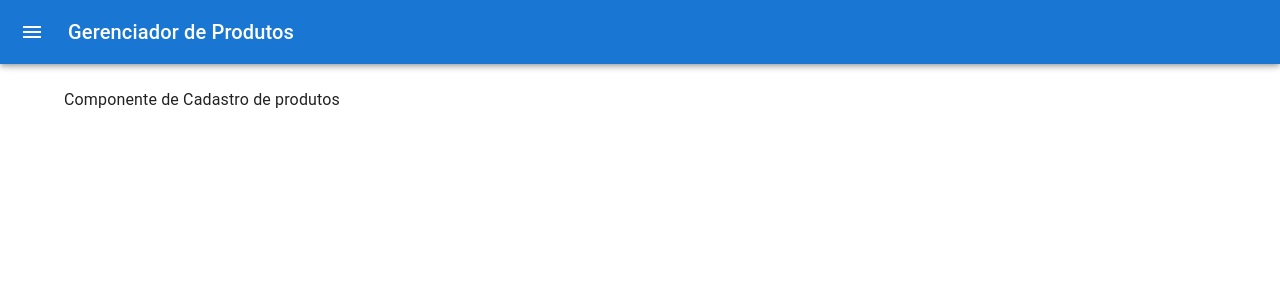
Repository: KennedyWanderson/crud-web
Page: /
The author's editor kept a copy of each file at every save. The page is drawn from the files as they stood at one save, then again after a run of saves.
The browser window is 1280 px wide. The pictures show the whole page.
The project was rebuilt for these pictures with package versions that can differ from the ones it lists, and the page was loaded fresh each time. Also part of the build but not shown: src/Components/ProductList.js, src/Components/CategoryRegister.js, src/Components/CategotyList.js.

Above is the page before, as saved 2023-11-15 15:51:16.

### src/App.js

import React, { useState } from 'react';
import Menu from "./Components/Menu";

function App() {




  return (
    <div>
      <Menu />
    </div>
  );
}

export default App;

### src/Components/Menu.js
import * as React from 'react';
import { styled, useTheme } from '@mui/material/styles';
import Box from '@mui/material/Box';
import Drawer from '@mui/material/Drawer';
import CssBaseline from '@mui/material/CssBaseline';
import MuiAppBar from '@mui/material/AppBar';
import Toolbar from '@mui/material/Toolbar';
import List from '@mui/material/List';
import Typography from '@mui/material/Typography';
import Divider from '@mui/material/Divider';
import IconButton from '@mui/material/IconButton';
import MenuIcon from '@mui/icons-material/Menu';
import ChevronLeftIcon from '@mui/icons-material/ChevronLeft';
import ChevronRightIcon from '@mui/icons-material/ChevronRight';
import ListItem from '@mui/material/ListItem';
import ListItemButton from '@mui/material/ListItemButton';
import ListItemIcon from '@mui/material/ListItemIcon';
import ListItemText from '@mui/material/ListItemText';
import InboxIcon from '@mui/icons-material/MoveToInbox';
// eslint-disable-next-line
import MailIcon from '@mui/icons-material/Mail';
import ProductRegister from "./ProductRegister"
import ProductList from "./ProductList"
import CategoryRegister from "./CategoryRegister"
import CategotyList from "./CategotyList"
import { Container } from "@mui/material";
import { useState } from 'react';


const drawerWidth = 240;

const Main = styled('main', { shouldForwardProp: (prop) => prop !== 'open' })(
    ({ theme, open }) => ({
        flexGrow: 1,
        padding: theme.spacing(3),
        transition: theme.transitions.create('margin', {
            easing: theme.transitions.easing.sharp,
            duration: theme.transitions.duration.leavingScreen,
        }),
        marginLeft: `-${drawerWidth}px`,
        ...(open && {
            transition: theme.transitions.create('margin', {
                easing: theme.transitions.easing.easeOut,
                duration: theme.transitions.duration.enteringScreen,
            }),
            marginLeft: 0,
        }),
    }),
);

const AppBar = styled(MuiAppBar, {
    shouldForwardProp: (prop) => prop !== 'open',
})(({ theme, open }) => ({
    transition: theme.transitions.create(['margin', 'width'], {
        easing: theme.transitions.easing.sharp,
        duration: theme.transitions.duration.leavingScreen,
    }),
    ...(open && {
        width: `calc(100% - ${drawerWidth}px)`,
        marginLeft: `${drawerWidth}px`,
        transition: theme.transitions.create(['margin', 'width'], {
            easing: theme.transitions.easing.easeOut,
            duration: theme.transitions.duration.enteringScreen,
        }),
    }),
}));

const DrawerHeader = styled('div')(({ theme }) => ({
    display: 'flex',
    alignItems: 'center',
    padding: theme.spacing(0, 1),
    // necessary for content to be below app bar
    ...theme.mixins.toolbar,
    justifyContent: 'flex-end',
}));

export default function Menu() {
    const theme = useTheme();
    const [open, setOpen] = React.useState(false);
    const [visible, setVisible] = useState(1)

    const handleDrawerOpen = () => {
        setOpen(true);
    };

    const handleDrawerClose = () => {
        setOpen(false);
    };

    function selectComponent() {
        if (visible === 1) {
            return <ProductRegister text={"Componente de Cadastro de produtos"} />
        } else if (visible === 2) {
            return <ProductList text={"Componente de listagem de produtos"} />
        } else if (visible === 3) {
            return <CategoryRegister text={"Componente de Cadastro de categoria"} />
        } else {
            return <CategotyList text={"Componente de listagem de categoria"} />
        }
    }

    return (
        <Box sx={{ display: 'flex' }}>
            <CssBaseline />
            <AppBar position="fixed" open={open}>
                <Toolbar>
                    <IconButton
                        color="inherit"
                        aria-label="open drawer"
                        onClick={handleDrawerOpen}
                        edge="start"
                        sx={{ mr: 2, ...(open && { display: 'none' }) }}
                    >
                        <MenuIcon />
                    </IconButton>
                    <Typography variant="h6" noWrap component="div">
                        Gerenciador de Produtos
                    </Typography>
                </Toolbar>
            </AppBar>
            <Drawer
                sx={{
                    width: drawerWidth,
                    flexShrink: 0,
                    '& .MuiDrawer-paper': {
                        width: drawerWidth,
                        boxSizing: 'border-box',
                    },
                }}
                variant="persistent"
                anchor="left"
                open={open}
            >
                <DrawerHeader>
                    <IconButton onClick={handleDrawerClose}>
                        {theme.direction === 'ltr' ? <ChevronLeftIcon /> : <ChevronRightIcon />}
                    </IconButton>
                </DrawerHeader>
                <Divider />
                <List>
                    <ListItem onClick={() => { setVisible(1) }} key={1} disablePadding>
                        <ListItemButton>
                            <ListItemIcon>
                                <InboxIcon />
                            </ListItemIcon>
                            <ListItemText primary={"Cadastro de Produtos"} />
                        </ListItemButton>
                    </ListItem>

                    <ListItem onClick={() => { setVisible(2) }} key={2} disablePadding>
                        <ListItemButton>
                            <ListItemIcon>
                                <InboxIcon />
                            </ListItemIcon>
                            <ListItemText primary={"Listagem de Produtos"} />
                        </ListItemButton>
                    </ListItem>

                    <ListItem onClick={() => { setVisible(3) }} key={3} disablePadding>
                        <ListItemButton>
                            <ListItemIcon>
                                <InboxIcon />
                            </ListItemIcon>
                            <ListItemText primary={"Cadastro de Categorias"} />
                        </ListItemButton>
                    </ListItem>

                    <ListItem onClick={() => { setVisible(4) }} key={4} disablePadding>
                        <ListItemButton>
                            <ListItemIcon>
                                <InboxIcon />
                            </ListItemIcon>
                            <ListItemText primary={"Listagem de Categorias"} />
                        </ListItemButton>
                    </ListItem>
                </List>
            </Drawer>
            <Main open={open}>
                <DrawerHeader />
                <Container>
                    {selectComponent()}
                </Container>
            </Main>
        </Box>
    );
}

### src/Components/ProductRegister.js
import React from "react";

function ProductRegister(props){
    return (
        <div>{props.text}</div>
    )
}

export default ProductRegister

Loaded but not shown: public/index.html (common file); src/index.js (common file); src/reportWebVitals.js (common file)

After the next 5 saves:
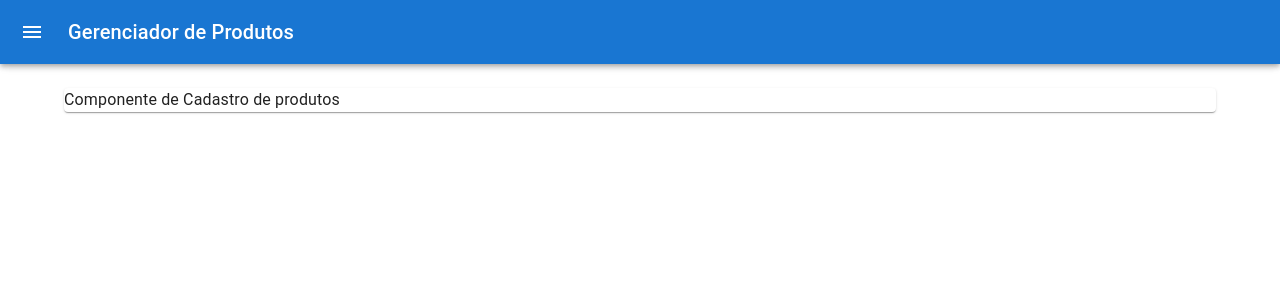
The 5 saves are shown as one change because 2 did not build or start and some came seconds apart.
The last was saved 5 min 32 s later.
--- a/src/Components/ProductRegister.js
+++ b/src/Components/ProductRegister.js
@@ -1,8 +1,12 @@
+import { Card } from "@mui/material";
 import React from "react";
 
 function ProductRegister(props){
     return (
-        <div>{props.text}</div>
+        <Card>
+            <div>{props.text}</div>
+
+        </Card>
     )
 }
 
